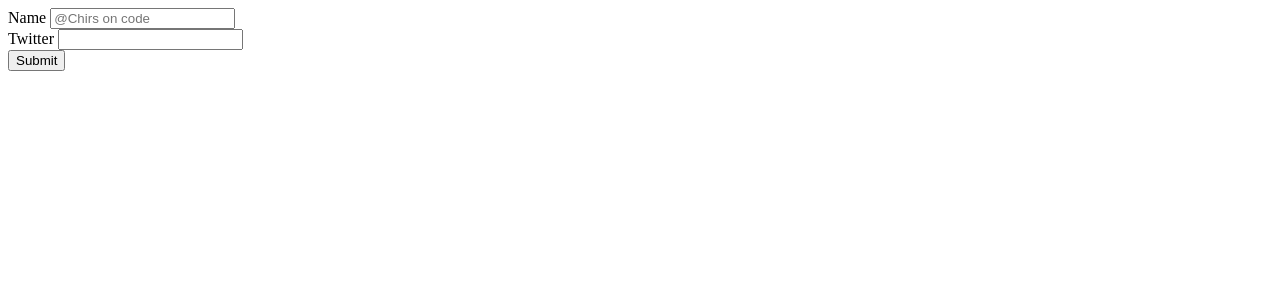
Repository: TruongVu299/Nhom21_NguyenThiNgocLam_DoTruongVu
Page: SourcesCode/index2.html
An editor plug-in stored every save of this project. The page is shown before and after the next save, followed by the edit.
The browser window is 1280 px wide. The pictures show the whole page.

Above is the page before, as saved 2023-04-22 01:59:35.

### SourcesCode/index2.html
<!DOCTYPE html>
<html lang="en">
<head>
    <meta charset="UTF-8">
    <meta http-equiv="X-UA-Compatible" content="IE=edge">
    <meta name="viewport" content="width=device-width, initial-scale=1.0">
    <title>Đăng nhập</title>
</head>
<body>
    <div id="">
        <div class="">
            <label for="Name" class="inline-block text-right w-20 mr-6 text-gray-500 font-bold">Name</label>
            <input type="text" name="name" id="name" placeholder="@Chirs on code" class="border-b-2 flex-1 border-gray-400 focus: border-green-700 py-2 placeholder-gray-300 outline-none" >
        </div>
        <div class="">
            <label for="Twitter" class="inline-block text-right w-20 mr-6 text-gray-500 font-bold">Twitter</label>
            <input type="text" name="twitter" id="twitter" placeholder-"@Chirsoncode" class="border-b-2 flex focus: border-green-700 flex-1 border-gray-400 py-2 placeholder-gray-300 outline-none">
        </div>
        <div class="">
            <button class-"py-3 px-8 bg-green-600 text-white font-bold" >Submit</button>
        </div>
    </div>
</body>
</html>

After the next save:
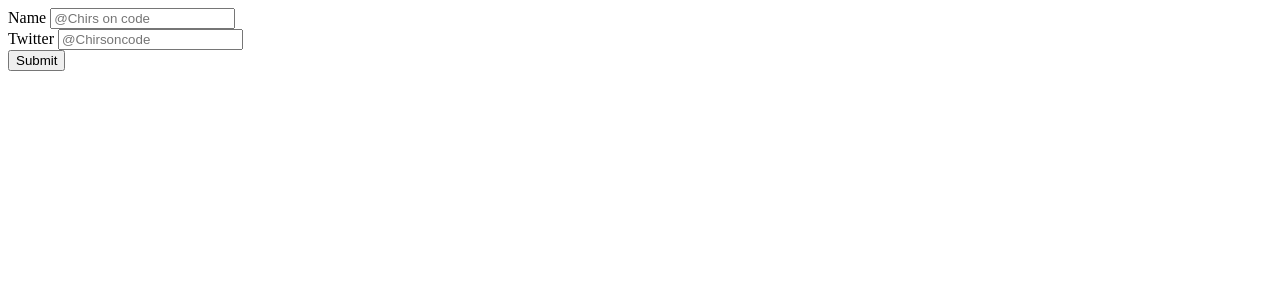
Saved 106 s later.
--- a/SourcesCode/index2.html
+++ b/SourcesCode/index2.html
@@ -14,10 +14,10 @@
         </div>
         <div class="">
             <label for="Twitter" class="inline-block text-right w-20 mr-6 text-gray-500 font-bold">Twitter</label>
-            <input type="text" name="twitter" id="twitter" placeholder-"@Chirsoncode" class="border-b-2 flex focus: border-green-700 flex-1 border-gray-400 py-2 placeholder-gray-300 outline-none">
+<input type="text" name="twitter" id="twitter" placeholder="@Chirsoncode" class="border-b-2 flex focus: border-green-700 flex-1 border-gray-400 py-2 placeholder-gray-300 outline-none" >
         </div>
         <div class="">
-            <button class-"py-3 px-8 bg-green-600 text-white font-bold" >Submit</button>
+            <button class-" py-3 px-8 bg-green-600 text-white font-bold" >Submit</button>
         </div>
     </div>
 </body>
